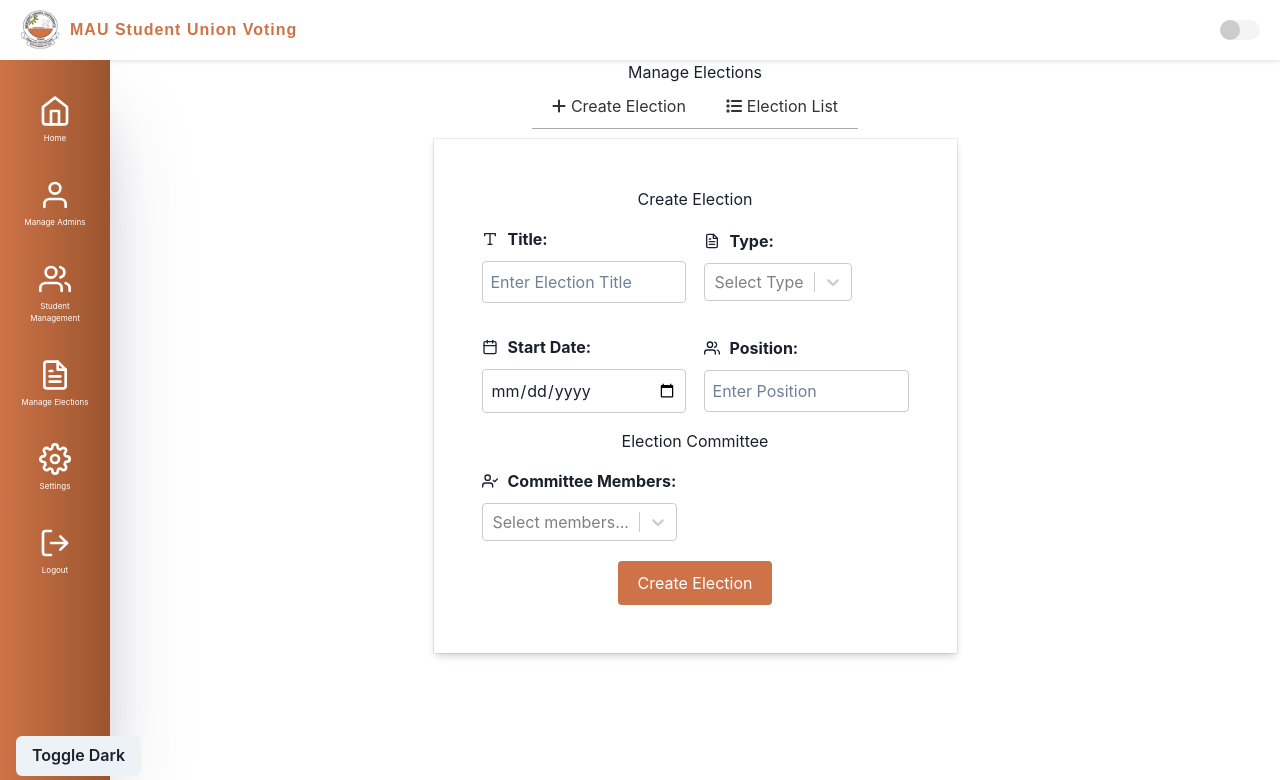
Repository: joena1o/e-vote
Page: /admin-dashboard/manage-elections
An editor plug-in stored every save of this project. The page is shown before and after the next save, followed by the edit.
The browser window is 1280 px wide. The pictures show the whole page.
The project was rebuilt for these pictures with package versions that can differ from the ones it lists, and the page was loaded fresh each time. Also part of the build but not shown: src/components/EnhancedLogin.js, src/components/maincontent/RegisterStudents/ManageStudents.js, src/components/maincontent/RegisterStudents/RegisterStudents.js, src/components/maincontent/RegisterStudents/StudentManagement.js, src/components/maincontent/ElectionResults/ViewResults.js, src/components/maincontent/Settings/Settings.js, src/api/index.js, src/components/maincontent/home/Home.styles.js and 5 more.

Above is the page before, as saved 2023-10-20 13:23:24.

### src/App.js
import React from 'react';
import { BrowserRouter as Router, Routes, Route, Navigate } from 'react-router-dom';
import EnhancedLogin from './components/EnhancedLogin';
import AdminDashboard from './components/AdminDashboard';
import { ChakraProvider, ColorModeProvider, Button, useColorMode } from '@chakra-ui/react';
import { Provider } from 'react-redux';
import store from './Redux/store';

// Component to toggle dark mode
function DarkModeToggle() {
  const { colorMode, toggleColorMode } = useColorMode();
  return (
    <Button onClick={toggleColorMode} position="fixed" m={4} zIndex={10}>
      Toggle {colorMode === 'light' ? 'Dark' : 'Light'}
    </Button>
  );
}

function App() {
  // Check if the current route is not the "/login" route, then render the DarkModeToggle
  const isLoginPage = window.location.pathname === '/login';

  return (
    <Provider store={store}>
      <ChakraProvider>
        <ColorModeProvider options={{ useSystemColorMode: true }}>
          <Router>
            <Routes>
              {/* Define your routes */}
              <Route path="/login" element={<EnhancedLogin />} />
              <Route path="/admin-dashboard/*" element={<AdminDashboard />} />
              {/* Redirect root to /admin-dashboard */}
              <Route path="/" element={<Navigate to="/admin-dashboard" replace />} />
            </Routes>
          </Router>
          {/* Render DarkModeToggle only if not on the "/login" page */}
          {!isLoginPage && <DarkModeToggle />}
        </ColorModeProvider>
      </ChakraProvider>
    </Provider>
  );
}

export default App;

### src/components/AdminDashboard.js
// AdminDashboard.js
import React from 'react';
import { Routes, Route } from 'react-router-dom';
import StudentManagement from './maincontent/RegisterStudents/StudentManagement';
import ViewResults from './maincontent/ElectionResults/ViewResults';
import Settings from './maincontent/Settings/Settings';
import Home from './maincontent/home/Home';
import ManageAdmin from './maincontent/ManageAdmins/ManageAdmins';
import ManageElections from './maincontent/ManageElections/ManageElections';
import Sidebar from './Sidebar';
import Navbar from './Navbar';
import styled from 'styled-components';

const Container = styled.div`
  display: flex;
  flex-direction: column;
  /* Add the following line to ensure Container fills the screen height */
  height: 100vh;
  width: 100%; /* Use 100% to fill the entire width of the screen */
`;


const Content = styled.div`
  display: flex;
  /* Add the following line to ensure Content fills the remaining screen space */
  flex: 1;
`;

const AdminDashboard = () => {
  return (
    <Container>
      <Navbar />
      <Content>
        <Sidebar />
        <Routes>
          <Route index element={<Home />} />
          <Route path="student-management" element={<StudentManagement />} />
          <Route path="view-results" element={<ViewResults />} />
          <Route path="settings" element={<Settings />} />
          <Route path="manage-admin" element={<ManageAdmin />} />
          <Route path="manage-elections" element={<ManageElections />} />
        </Routes>
      </Content>
    </Container>
  );
};

export default AdminDashboard;

### src/Redux/store.js
import { configureStore } from '@reduxjs/toolkit';
import electionReducer from './electionSlice';
import studentsReducer from './studentsSlice'; // Assuming you have a studentsSlice

const store = configureStore({
  reducer: {
    elections: electionReducer,
    students: studentsReducer, // Add the students reducer here
  },
});

export default store;

### src/components/maincontent/ManageElections/ManageElections.js
import React, { useState } from 'react';
import { Tab, TabList, TabPanel, Tabs } from 'react-tabs';
import 'react-tabs/style/react-tabs.css'; // Import styles for react-tabs
import styled from 'styled-components';
import CreateElections from './CreateElection';
import ElectionList from './ElectionList';
import { FontAwesomeIcon } from '@fortawesome/react-fontawesome';
import { faPlus, faList } from '@fortawesome/free-solid-svg-icons'; // Import Font Awesome icons

const FullHeightContainer = styled.div`
  height: 100%;
  display: flex;
  flex-direction: column;
  justify-content: flex-start;
  align-items: center;
  width: 100%;
`;

const TabsContainer = styled.div`
  text-align: center;
  width: 100%;
  max-width: 1200px;
  flex: 1;
  display: flex;
  flex-direction: column;
  align-items: center;
`;

const StyledTab = styled(Tab)`
  padding: 10px 20px;
  color: #333;
  cursor: pointer;
  margin: 0;
  display: flex;
  align-items: center;
  justify-content: center;
  transition: background-color 0.2s ease-in-out;

  &:hover {
    background-color: #e0e0e0;
  }

  &.react-tabs__tab--selected {
    background-color: #fff;
    border: none; /* Remove the border */
    border-radius: 5px 5px 0 0;
  }
`;

const IconWrapper = styled.div`
  margin-right: 5px;
`;

const ManageElections = () => {
  const [activeTab, setActiveTab] = useState(0);

  const handleTabChange = (index) => {
    setActiveTab(index);
  };

  return (
    <FullHeightContainer>
      <h1>Manage Elections</h1>
      <TabsContainer>
        <Tabs selectedIndex={activeTab} onSelect={handleTabChange}>
          <TabList style={{ display: 'flex', justifyContent: 'center' }}>
            <StyledTab>
              <IconWrapper>
                <FontAwesomeIcon icon={faPlus} />
              </IconWrapper>
              Create Election
            </StyledTab>
            <StyledTab>
              <IconWrapper>
                <FontAwesomeIcon icon={faList} />
              </IconWrapper>
              Election List
            </StyledTab>
          </TabList>
        </Tabs>
        <Tabs selectedIndex={activeTab} onSelect={handleTabChange}>
          <TabPanel>
            <CreateElections />
          </TabPanel>
          <TabPanel>
            <ElectionList />
          </TabPanel>
        </Tabs>
      </TabsContainer>
    </FullHeightContainer>
  );
};

export default ManageElections;

### src/components/Sidebar.js
import React from 'react';
import styled from 'styled-components';
import { Link } from 'react-router-dom';
import { FiHome, FiUser, FiUsers, FiFileText, FiSettings, FiLogOut } from 'react-icons/fi';
import { useColorMode } from '@chakra-ui/react';

const SidebarContainer = styled.nav`
  background: ${props => (props.theme === 'dark' ? '#333' : 'linear-gradient(to right, #ce7348, #9a552e)')};
  padding: 15px;
  height: 100vh;
  color: #fff;
  box-shadow: rgba(50, 50, 93, 0.25) 0px 50px 100px -20px, rgba(0, 0, 0, 0.3) 0px 30px 60px -30px;
  display: flex;
  flex-direction: column;
`;

const LinkList = styled.ul`
  list-style-type: none;
  padding: 0;
  flex: 1;
`;

const StyledLink = styled(Link)`
  text-decoration: none;
  color: #fff;
  display: flex;
  flex-direction: column;
  align-items: center;
  transition: color 0.3s ease;
  margin-bottom: 15px;
  cursor: pointer;
  font-size: 0.5rem;

  &:hover {
    color: #fce364;
  }

  width: 80px;
  text-align: center;
  word-wrap: break-word;
  overflow-wrap: break-word;

  @media (max-width: 768px) {
    font-size: 0.4rem;
  }

  @media (max-width: 480px) {
    font-size: 0.3rem;
  }
`;

const LinkItem = styled.li`
  display: flex;
  align-items: center;
  margin-top: 20px;
`;

const Icon = styled.div`
  font-size: 2rem;
  color: #fff;

  @media (max-width: 768px) {
    font-size: 0.9rem;
  }

  @media (max-width: 480px) {
    font-size: 0.8rem;
  }

  margin-bottom: 5px;

  ${StyledLink}:hover & {
    color: #fce364;  // Change icon color when the link is hovered
  }
`;

function Sidebar() {
  const { colorMode } = useColorMode();

  return (
    <SidebarContainer theme={colorMode}>
      <LinkList>
        <LinkItem>
          <StyledLink to="/admin-dashboard">
            <Icon><FiHome /></Icon>
            Home
          </StyledLink>
        </LinkItem>
        <LinkItem>
          <StyledLink to="/admin-dashboard/manage-admin">
            <Icon><FiUser /></Icon>
            Manage Admins
          </StyledLink>
        </LinkItem>
        <LinkItem>
          <StyledLink to="/admin-dashboard/student-management">
            <Icon><FiUsers /></Icon>
            Student Management
          </StyledLink>
        </LinkItem>
        <LinkItem>
          <StyledLink to="/admin-dashboard/manage-elections">
            <Icon><FiFileText /></Icon>
            Manage Elections
          </StyledLink>
        </LinkItem>
        <LinkItem>
          <StyledLink to="/admin-dashboard/settings">
            <Icon><FiSettings /></Icon>
            Settings
          </StyledLink>
        </LinkItem>
        <LinkItem>
          <StyledLink to="/logout">
            <Icon><FiLogOut /></Icon>
            Logout
          </StyledLink>
        </LinkItem>
      </LinkList>
    </SidebarContainer>
  );
}

export default Sidebar;

### src/components/Navbar.js
import React from 'react';
import styled, { createGlobalStyle } from 'styled-components';
import logo from '../assets/school_logo.jpg';
import { useColorMode } from '@chakra-ui/react';

const GlobalStyle = createGlobalStyle`
  body {
    background-color: ${props => (props.theme === 'dark' ? '#333' : '#fff')};
    color: ${props => (props.theme === 'dark' ? '#fff' : '#000')}; // Set other component texts to black in light mode
  }
`;

const Header = styled.header`
  background: ${props => (props.theme === 'dark' ? '#333' : '#fff')};
  color: ${props => (props.theme === 'dark' ? '#fff' : '#ce7348')}; // Set navbar text to brown in light mode
  padding: 10px 20px;
  display: flex;
  align-items: center;
  justify-content: flex-start;
  box-shadow: 0px 2px 4px rgba(0, 0, 0, 0.1);
  font-family: 'Poppins', sans-serif;
`;


const Logo = styled.img`
  width: 40px;
  height: 40px;
  border-radius: 20px;
  margin-right: 10px;
`;

const Title = styled.h1`
  margin: 0;
  padding: 0;
  font-size: 1rem;
  font-weight: 600;
  letter-spacing: 1px;
`;

const ToggleSlider = styled.label`
  display: flex;
  align-items: center;
  cursor: pointer;
  margin-left: auto;
`;

const SliderInput = styled.input.attrs({ type: 'checkbox' })`
  display: none;
`;

const Slider = styled.div`
  width: 40px;
  height: 20px;
  background-color: ${props => (props.theme === 'dark' ? '#333' : '#f4f4f4')};
  border-radius: 20px;
  position: relative;
  transition: background-color 0.3s ease;
  cursor: pointer;

  &::after {
    content: '';
    width: 20px;
    height: 20px;
    border-radius: 50%;
    background-color: ${props => (props.theme === 'dark' ? '#fff' : '#ccc')};
    position: absolute;
    top: 50%;
    transform: translateY(-50%);
    left: ${props => (props.theme === 'dark' ? '20px' : '0')};
    transition: left 0.3s ease;
  }
`;

function Navbar() {
  const { colorMode, toggleColorMode } = useColorMode();

  return (
    <>
      <GlobalStyle theme={colorMode} />
      <Header theme={colorMode}>
        <Logo src={logo} alt="University Logo" />
        <Title>MAU Student Union Voting</Title>
        <ToggleSlider>
          <SliderInput type="checkbox" onChange={toggleColorMode} />
          <Slider theme={colorMode} />
        </ToggleSlider>
      </Header>
    </>
  );
}

export default Navbar;

### src/Redux/electionSlice.js
/*import { createSlice, createAsyncThunk } from '@reduxjs/toolkit';
import { API, graphqlOperation } from 'aws-amplify';
import { createElection as createElectionAPI } from '../graphql/mutations';

export const createElection = createAsyncThunk(
  'elections/createElection',
  async (election, { rejectWithValue }) => {
    try {
      const result = await API.graphql(graphqlOperation(createElectionAPI, { input: election }));
      return result.data.createElection;
    } catch (error) {
      return rejectWithValue(error);
    }
  }
);

const electionSlice = createSlice({
  name: 'elections',
  initialState: [],
  reducers: {},
  extraReducers: (builder) => {
    builder.addCase(createElection.fulfilled, (state, action) => {
      state.push(action.payload);
    });
  },
});

export default electionSlice.reducer;
*/

### src/Redux/studentsSlice.js
import { createSlice } from '@reduxjs/toolkit';

export const studentsSlice = createSlice({
  name: 'students',
  initialState: [],
  reducers: {
    addStudents: (state, action) => {
      // Add students to the Redux store
      action.payload.forEach(student => {
        state.push(student);
      });
    },
  },
});

export const { addStudents } = studentsSlice.actions;

export default studentsSlice.reducer;

### src/components/maincontent/ManageElections/CreateElection.js
import React, { useState } from 'react';
import styled from 'styled-components';
import Select from 'react-select';
import { FiCalendar, FiUsers, FiFileText, FiUserCheck, FiClipboard, FiType } from 'react-icons/fi';

const FormContainer = styled.div`
  display: flex;
  justify-content: center;
  align-items: center;
  height: 100vh;
  background: rgba(0, 0, 0, 0.5);
`;

const Form = styled.form`
  background: rgba(255,255,255,0.3);
  padding: 3em;
  border-radius: 0;
  backdrop-filter: blur(10px);
  max-width: 600px;
  box-shadow: rgba(9, 30, 66, 0.25) 0px 4px 8px -2px, rgba(9, 30, 66, 0.08) 0px 0px 0px 1px;
`;


const FormField = styled.div`
  display: flex;
  flex-direction: column;
  margin: 1em 0;
  align-items: start;
  width: 100%;
`;

const FormLabel = styled.label`
  font-weight: bold;
  margin-bottom: 10px;
  display: flex;
  align-items: center;
  gap: 10px;
`;

const FormInput = styled.input`
  width: 100%;
  padding: 0.5rem;
  border: 1px solid #ccc;
  border-radius: 4px;
  font-size: 1rem;
`;

const SubmitButton = styled.button`
  margin-top: 20px;
  padding: 10px 20px;
  background-color: #ce7348;
  border: none;
  border-radius: 4px;
  font-size: 1rem;
  color: white;
  cursor: pointer;
  display: block;
  margin-left: auto;
  margin-right: auto;
`;


const Row = styled.div`
  display: flex;
  justify-content: space-between;
  align-items: center;
`;

const HalfWidthField = styled(FormField)`
  width: 48%;  // slightly less than half to account for any potential margins or paddings
`;

const CreateElection = () => {
  const [electionType, setElectionType] = useState('');
  const [selectedCommittee, setSelectedCommittee] = useState([]);

  const students = [
    { value: 'john.doe@example.com', label: 'John Doe' },
    { value: 'jane.smith@example.com', label: 'Jane Smith' },
  ];

  const electionTypeOptions = [
    { value: 'general', label: 'General' },
    { value: 'faculty', label: 'Faculty' },
    { value: 'department', label: 'Department' }
  ];

  return (

      <Form>
        <h2>Create Election</h2>

        <Row>
          <HalfWidthField>
            <FormLabel htmlFor="electionTitle">
              <FiType />
              Title:
            </FormLabel>
            <FormInput id="electionTitle" name="electionTitle" type="text" placeholder="Enter Election Title" />
          </HalfWidthField>
          <HalfWidthField>
            <FormLabel htmlFor="electionType">
              <FiFileText />
              Type:
            </FormLabel>
            <Select
              id="electionType"
              options={electionTypeOptions}
              onChange={(option) => setElectionType(option.value)}
              placeholder="Select Type"
            />
          </HalfWidthField>
        </Row>

        {(electionType === 'faculty' || electionType === 'department') && (
          <FormField>
            <FormLabel htmlFor="name">
              <FiClipboard />
              {electionType.charAt(0).toUpperCase() + electionType.slice(1)} Name:
            </FormLabel>
            <FormInput id="name" name="name" type="text" />
          </FormField>
        )}

        <Row>
          <HalfWidthField>
            <FormLabel htmlFor="startDate">
              <FiCalendar />
              Start Date:
            </FormLabel>
            <FormInput id="startDate" name="startDate" type="date" />
          </HalfWidthField>
          <HalfWidthField>
            <FormLabel htmlFor="position">
              <FiUsers />
              Position:
            </FormLabel>
            <FormInput id="position" name="position" type="text" placeholder="Enter Position" />
          </HalfWidthField>
        </Row>

        <h3>Election Committee</h3>
        <FormField>
          <FormLabel>
            <FiUserCheck />
            Committee Members:
          </FormLabel>
          <Select
            isMulti
            options={students}
            onChange={setSelectedCommittee}
            placeholder="Select members..."
          />
        </FormField>

        <SubmitButton>Create Election</SubmitButton>
      </Form>

  );
};

export default CreateElection;

Loaded but not shown: public/index.html (common file); src/index.js (common file); src/index.css (common file); src/reportWebVitals.js (common file)

After the next save:
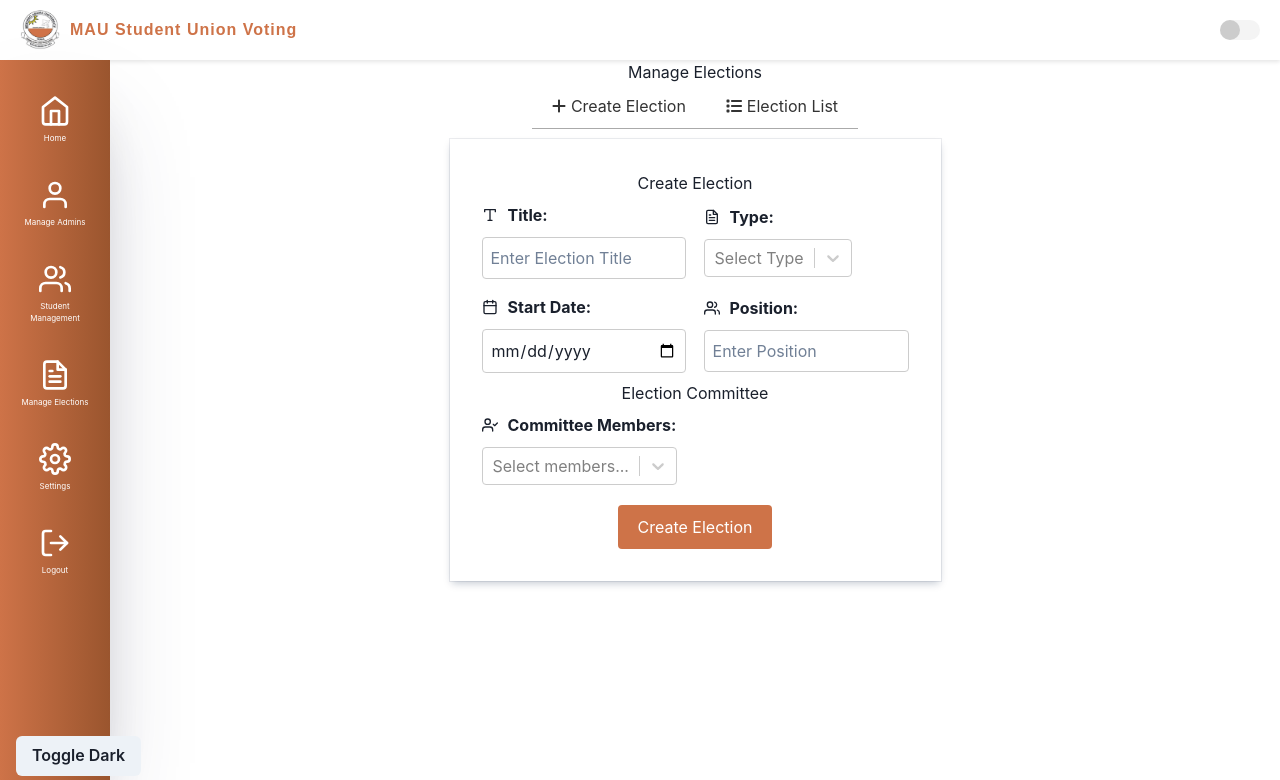
Saved 45 s later.
--- a/src/components/maincontent/ManageElections/CreateElection.js
+++ b/src/components/maincontent/ManageElections/CreateElection.js
@@ -13,18 +13,17 @@ const FormContainer = styled.div`
 
 const Form = styled.form`
   background: rgba(255,255,255,0.3);
-  padding: 3em;
+  padding: 2em;  // Reduced from 3em
   border-radius: 0;
   backdrop-filter: blur(10px);
   max-width: 600px;
   box-shadow: rgba(9, 30, 66, 0.25) 0px 4px 8px -2px, rgba(9, 30, 66, 0.08) 0px 0px 0px 1px;
 `;
 
-
 const FormField = styled.div`
   display: flex;
   flex-direction: column;
-  margin: 1em 0;
+  margin: 0.5em 0;  // Reduced from 1em
   align-items: start;
   width: 100%;
 `;
